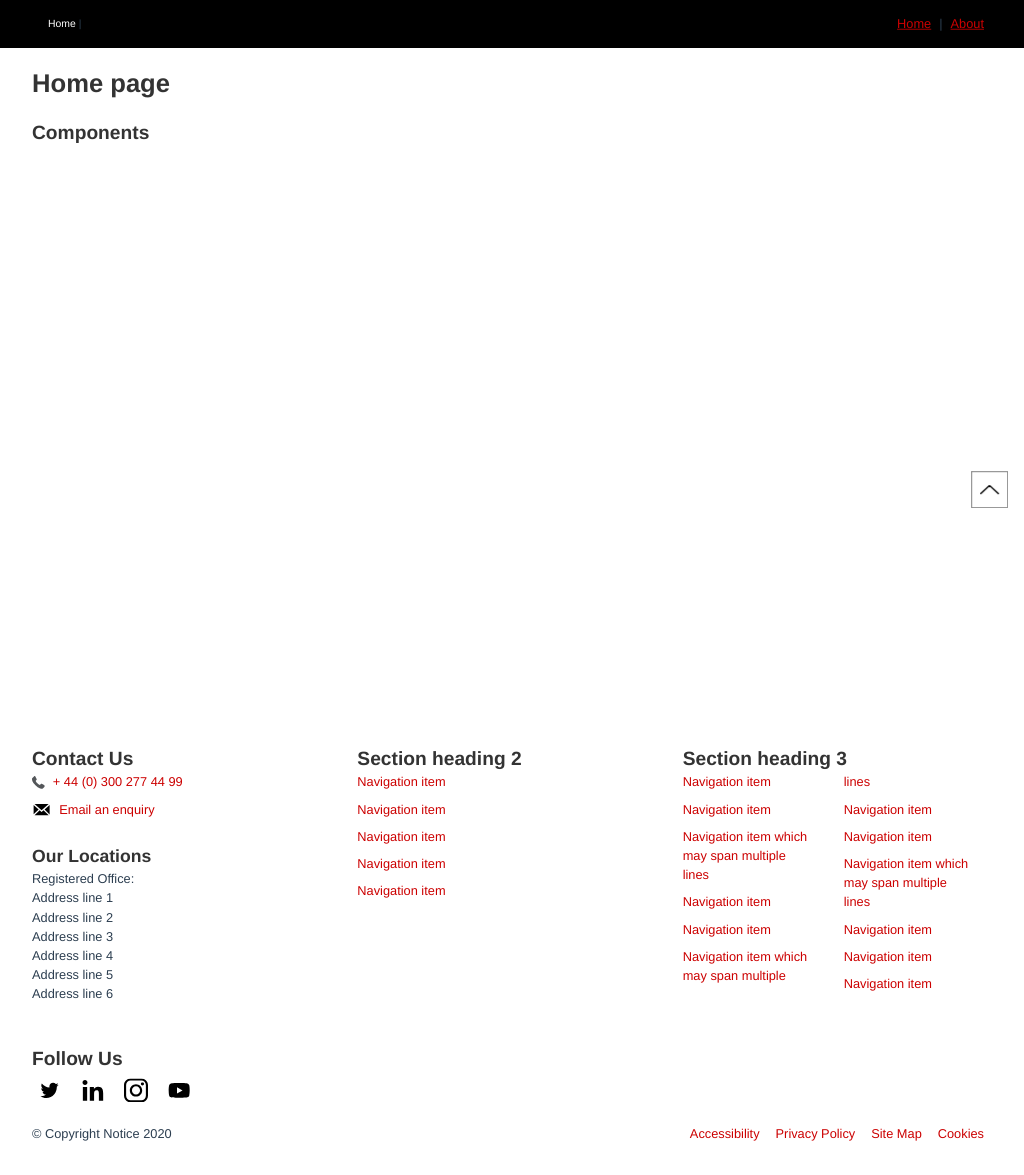
Repository: DaveBaulch/spa
Page: /
The author's editor kept a copy of each file at every save. The page is drawn from the files as they stood at one save, then again after the next save.
The browser window is 1280 px wide. The pictures show the whole page, at 80% of full size.
The project was rebuilt for these pictures with package versions that can differ from the ones it lists, and the page was loaded fresh each time. Also part of the build but not shown: src/assets/styles/main.css.

Above is the page before, as saved 2020-10-13 13:08:01.

### src/App.vue
<template>
  <div id="app">
    <TheSkipLink>
      <p>Skip navigation</p>
    </TheSkipLink>
    <TheHeader @sidenavToggle="displaySidenav = !displaySidenav" />
    <TheSidenav
      :show="displaySidenav"
      @close="displaySidenav = false" />
    <nuxt/>

    <main class="main" id="main">
      <router-view />
    </main>

    <TheFooter />

    <TheScrollTopButton>
      <img src="@/assets/images/svg/chevron-up-white.svg" />
      <span class="sr-only">Back to top</span>
    </TheScrollTopButton>

  </div>
</template>

<script>
import TheHeader from './components/global/TheHeader.vue';
import TheSidenav from '@/components/global/TheSidenav'
import TheFooter from '@/components/global/TheFooter'
import TheSkipLink from '@/components/global/TheSkipLink'
import TheScrollTopButton from '@/components/global/TheScrollTopButton'


export default {
  components: {
    TheHeader,
    TheSidenav,
    TheFooter,
    TheSkipLink,
    TheScrollTopButton
  },
  data() {
    return {
      displaySidenav: false
    }
  }
};
</script>

<style lang="scss">
#app {
  font-family: Avenir, Helvetica, Arial, sans-serif;
  -webkit-font-smoothing: antialiased;
  -moz-osx-font-smoothing: grayscale;
  text-align: left;
  color: #2c3e50;
}

#nav {
  padding: 30px;

  a {
    font-weight: bold;
    color: #2c3e50;

    &.router-link-exact-active {
      color: #42b983;
    }
  }
}
</style>

### src/assets/sass/_base-styles.scss

@import 'utilities/variables';
@import 'utilities/mixins';
@import 'utilities/animations';

@import 'base/fonts';
@import 'base/resets';
@import 'base/elements';
@import 'base/typography';
@import 'base/forms';

@import 'helpers/text';
@import 'helpers/layout';
@import 'helpers/spacing';
@import 'helpers/colors';

### src/components/global/TheHeader.vue
<template>
<div class="header-container">
  <div class="container">
    <header class="header">
      <TheSideNavToggle @toggle="$emit('sidenavToggle')" />
      <div class="logo">
        <router-link to="/">Home</router-link> |
      </div>
      <div class="navigation-items">
        <ul class="nav-list">
          <router-link to="/" class="nav-list__item">Home</router-link> |
          <router-link to="/about" class="nav-list__item">About</router-link>
        </ul>
      </div>
    </header>
  </div>
</div>
</template>

<script>
import TheSideNavToggle from "@/components/global/TheSideNavToggle";

export default {
  name: "TheHeader",
  components: {
    TheSideNavToggle
  }
};
</script>

<style scoped lang="scss">
@import '../../assets/sass/utilities/_variables.scss';
@import '../../assets/sass/utilities/_mixins.scss';


.header-container {
  width: 100%;
  height: 60px;
  background-color: $black;
  position: fixed;
  z-index: 100;

  @include breakpoint(md) {
    position: relative;
  }
}

.header {
  width: 100%;
  height: 60px;
  display: flex;
  justify-content: space-between;
  align-items: center;
  background-color: $black;
  box-sizing: border-box;
  padding: 0;
}

.logo {
  margin: 0 20px;
  font-size: 1.3rem;
}

.logo a {
  text-decoration: none;
  color: $white;
}

.navigation-items {
  display: none;

  @include breakpoint(md) {
    display: block;
  }
}


.nav-list {
  list-style: none;
  padding: 0;
  margin: 0;
  display: flex;
}

.nav-list__item {
  margin: 0 10px;
}

.nav-item a {
  text-decoration: none;
  color: $white;
}

</style>

### src/components/global/TheSidenav.vue
<template>
<div class="sidenav-container">
  <div
    v-if="show"
    class="sidenav-backdrop"
    @click="$emit('close')"></div>
  <transition name="slide-side">
    <div
      v-if="show"
      class="sidenav">
      <ul
        class="nav-list"
        @click="$emit('close')">
        <li class="nav-item"><router-link to="/">Home</router-link></li>
        <li class="nav-item"><router-link to="/about">About</router-link></li>
      </ul>
    </div>
  </transition>
</div>
</template>

<script>
export default {
  name: "TheSidenav",
  props: {
    show: {
      type: Boolean,
      default: false
    }
  }
};
</script>


<style scoped>
.sidenav-container {
  height: 100%;
  width: 100%;
}

.sidenav-backdrop {
  width: 100%;
  height: 100%;
  background-color: rgba(0, 0, 0, 0.7);
  z-index: 1000;
  position: fixed;
  top: 0;
  left: 0;
}

.sidenav {
  height: 100%;
  width: 300px;
  background-color: white;
  z-index: 10000;
  position: fixed;
  top: 0;
  left: 0;
  box-sizing: border-box;
  padding: 30px;
}

.slide-side-enter-active,
.slide-side-leave-active {
  transition: all 0.3s ease-out;
}
.slide-side-enter,
.slide-side-leave-to {
  transform: translateX(-100%);
}

.nav-list {
  list-style: none;
  padding: 0;
  margin: 0;
}

.nav-item {
  margin: 20px 0;
}

.nav-item a {
  text-decoration: none;
  color: black;
  font-size: 1.5rem;
}

.nav-item a:hover,
.nav-item a:active {
  color: red;
}
</style>

### src/components/global/TheSkipLink.vue
<template>
  <a href="#main" id="skip-navigation" class="skip-link" ref="skip-navigation"><slot /></a>
</template>

<style scoped lang="scss">
@import '../../assets/sass/utilities/_variables.scss';

.skip-link {
  padding: 0.5rem 1rem 1rem 1rem;
  background-color: $white;
  display: block;
  position: absolute;
  top: -100%;
  left: 2px;
  z-index: 200;
  text-decoration: none !important;

  &:focus {
    top: 2px;
    transition: $transition-speed-fast ease all;
    color: $black;
  }
}

.skip-link:visited {
  color: $black;
}
</style>

### src/components/global/TheScrollTopButton.vue
<template>
  <a
    class="btn-scroll-top"
    id="scroll-top"
    href="#skip-navigation"
    v-scroll-to="{el: '#skip-navigation', onDone: onDone}"
    >
    <slot />
  </a>
</template>

<script>
export default {
  name: "TheScrollTopButton",
  methods: {
    onDone() {
      document.getElementById('skip-navigation').focus();
    },

  }
};
</script>


<style scoped lang="scss">
@import '../../assets/sass/utilities/_variables.scss';
@import '../../assets/sass/utilities/_mixins.scss';

.btn-scroll-top {
  position: fixed;
  z-index: 100;
  bottom: 20px;
  right: 20px;
  width: 44px;
  height: 44px;
  overflow: hidden;
  text-indent: -1999em;
  color: $white;
  background-color: $white;
  border: 1px solid $grey-dark;;
  // opacity: 0;
  transition: 300ms ease all;
  display: flex;
  align-items: center;
  justify-content: center;

  @include breakpoint(md) {
    bottom: 85px;
  }

  &.is-active {
    opacity: 0.9;
  }

}

</style>

### src/views/Home.vue
<template>
  <div class="container home">
    <h1>Home page</h1>

    <h2>Components</h2>


  </div>
</template>

<script>
// @ is an alias to /src
// import HelloWorld from "@/components/HelloWorld.vue";

export default {
  name: "Home",
  components: {
    // HelloWorld
  }
};
</script>

### src/assets/sass/utilities/_variables.scss
// -------------------------
// 'true' is default
//  setting this creates extra responsive classes targetting defined breakpoints
//  eg the 'visually-hidden' mixin
$responsive: true !default;

// Custom 'brand' fonts
$font: 'Open Sans', sans-serif; //Available weights 400,600,700

$font-weight-light: 400;
$font-weight-normal: 400;
$font-weight-bold: 700;

// Let's set the base font size to 62.5% (10px) for easier calculations
$base-font-size: 62.5%;
$base-line-height: 1.5 !default;

$body-font-desktop: 1.6rem; // = 16px
$body-font-mobile: 1.6rem; // = 16px

// Breakpoints
// -------------------------

// Named breakpoints
$breakpoint-xs: 320px;
$breakpoint-sm: 576px;
$breakpoint-md: 768px;
$breakpoint-lg: 992px;
$breakpoint-xl: 1200px;

$xs-min: 0;
$xs-max: ($breakpoint-sm - 1);

$sm-min: $breakpoint-sm;
$sm-max: ($breakpoint-md - 1);

$md-min: $breakpoint-md;
$md-max: ($breakpoint-lg - 1);

$lg-min: $breakpoint-lg;
$lg-max: ($breakpoint-xl - 1);

$xl-min: $breakpoint-xl;

// Colors
// -------------------------

// Base colors
$white: #fff;
$black: #000;

$grey-dark: #616161;
$grey-light: #ddd;
$grey-lighter: #eee;

$blue: #06c;
$green: #298700;
$red: #db1731;

// Background color
$body-bg-color: #fff !default;

// Brand colors
$brand-color-1: $grey-light;

// Text colors
$color-text: #333;
$color-headings: #333;
$color-error: #eee;

// Link colors
$color-link-active: #c00;
$color-link-visited: #c00;
$color-link-hover: #333;
$color-link-focus: #d4d4d4;
$color-link-disabled: #d4d4d4;

// Form colors
$color-invalid: #f0dddd;

// Borders
// -------------------------

// Border colors
$color-border: $grey-light;
$color-border-dark: $grey-dark;
$color-border-light: $grey-lighter;

// Border styling
$border-radius: 5px;
$border-width: 1px;
$border-style: solid;
$border-color: $color-border;

$border: $border-width $border-style $border-color;

// Focus state styling
$focus-outline-width: 2px;
$focus-outline-style: solid;
$focus-outline-color: $red;
$focus-outline: $focus-outline-width $focus-outline-style $focus-outline-color;
$focus-outline-offset: 0;

// Default projext transitions
$transition-speed: 0.4s;
$transition-easing: ease;

// some different speed variables
$transition-speed-slow: 1.2s;
$transition-speed-medium: 0.8s;
$transition-speed-fast: 0.2s;

// z-index scale (private vars)
// Do not edit the z-index scale!
// --------------------------------------------------
$z-index-1: 100;
$z-index-2: 200;
$z-index-3: 300;
$z-index-4: 400;
$z-index-5: 500;
$z-index-6: 600;
$z-index-7: 700;
$z-index-8: 800;
$z-index-9: 900;
$z-index-10: 1000;

### src/assets/sass/utilities/_mixins.scss
@mixin fill {
  width: 100%;
  height: 100%;
}

@mixin imageCover {
  object-fit: cover;
  @include fill;
}

@mixin absoluteFill {
  display: block;
  position: absolute;
  top: 0;
  left: 0;
  @include fill;
}

@mixin textGradient($top: $brand-primary, $bottom: $brand-light) {
  background: linear-gradient($top, $bottom);
  background-clip: text;
  -webkit-text-fill-color: transparent;
}

// accessible text
@mixin sr-only {
  border: 0 !important;

  height: 1px !important;
  margin: (-1px) !important;
  overflow: hidden !important;
  padding: 0 !important;
  position: absolute !important;
  width: 1px !important;
}

// breakpoints
// uses breakpoints defined in variables.scss
@mixin breakpoint($point, $value: 0) {
  @if $point==xs {
    @media screen and (max-width: $xs-max) {
      @content;
    }
  } @else if $point==sm {
    @media screen and (min-width: $sm-min) {
      @content;
    }
  } @else if $point==md {
    @media screen and (min-width: $md-min) {
      @content;
    }
  } @else if $point==lg {
    @media screen and (min-width: $lg-min) {
      @content;
    }
  } @else if $point==xl {
    @media screen and (min-width: $xl-min) {
      @content;
    }
  } @else {
    @media screen and ($point: $value) {
      @content;
    }
  }
}

@mixin between-breakpoints($min, $max) {
  @media screen and (min-width: $min) and (max-width: $max) {
    @content;
  }
}

@mixin full-width {
  width: 100vw;
  position: relative;
  left: 50%;
  right: 50%;
  margin-left: -50vw;
  margin-right: -50vw;
}

### src/assets/sass/utilities/_animations.scss
@keyframes fadeIn {
    from {
      opacity: 0;
      visibility: hidden;
    }
    to {
      opacity: 1;
      visibility: visible;
    }
  }

@keyframes fadeOut {
    from {
      opacity: 1;
      visibility: visible;
    }
    to {
      opacity: 0;
      visibility: hidden;
    }
  }

@keyframes slideTop {
  0% {
    transform: translateY(100px);
  }
  100% {
    transform: translateY(0);
  }
}

@mixin fadeIn($duration: 0.3s) {
  animation: {
    name: fadeIn;
    fill-mode: forwards;
    duration: #{$duration};
  }
}

@mixin fadeOut($duration: 0.3s) {
  animation: {
    name: fadeOut;
    fill-mode: forwards;
    duration: #{$duration};
  }
}

### src/assets/sass/base/_fonts.scss
// @font-face {
//   font-family: 'hurme';
//   src: url('~assets/fonts/hurme/hurme-light.otf') format('opentype');
//   font-weight: $font-weight-light;
// }

// @font-face {
//   font-family: 'hurme';
//   src: url('~assets/fonts/hurme/hurme-regular.otf') format('opentype');
//   font-weight: $font-weight-normal;
// }

// @font-face {
//   font-family: 'hurme';
//   src: url('~assets/fonts/hurme/hurme-semiBold.otf') format('opentype');
//   font-weight: $font-weight-bold;
// }

### src/assets/sass/base/_resets.scss
html {
  //Prevent iOS input highlighting
  box-sizing: border-box;
  font-size: $base-font-size;
  -webkit-tap-highlight-color: rgba(0, 0, 0, 0);
}

body {
  -moz-osx-font-smoothing: grayscale;
  -webkit-font-smoothing: antialiased;
  background-color: $body-bg-color;
  color: $color-text;
  font-size: $body-font-mobile;
  line-height: $base-line-height;
  text-align: left;
  margin: 0;
  padding: 0;
  font-weight: $font-weight-light;

  @include breakpoint(lg) {
    font-size: $body-font-desktop;
  }
}

html,
body {
  max-width: 100% !important;
  overflow-x: hidden !important;
}

img {
  display: block;
  height: auto;
  -ms-interpolation-mode: bicubic;
  // option to make images responsive by default
  max-width: 100%;
}

.main {
  min-height: 800px;
}

### src/assets/sass/base/_elements.scss
button {
  cursor: pointer;
  margin: 0;
}

img {
  max-width: 100%;
  pointer-events: none;

  &:not([src]) {
    visibility: hidden;
  }
}

a {
  text-decoration: none;
  color: inherit;
}

ul:not([class]) {
  list-style: disc;
}

ol:not([class]) {
  list-style: decimal;
}

### src/assets/sass/base/_typography.scss
body {
  font-family: $font;
  font-weight: $font-weight-normal;
}

// Generic heading styling

h1,
h2,
h3,
h4,
h5 {
  margin: 0;
  padding: 0;
  margin-top: 2rem;
  color: $color-headings;
  font-weight: $font-weight-bold;
}

h1 {
  font-size: 3rem;

  @include breakpoint(lg) {
    font-size: 3.2rem;
  }
}

h2 {
  font-size: 2.2rem;

  @include breakpoint(lg) {
    font-size: 2.4rem;
  }
}

h3 {
  font-size: 2rem;

  @include breakpoint(lg) {
    font-size: 2.2rem;
  }
}

h4 {
  font-size: 1.8rem;

  @include breakpoint(lg) {
    font-size: 2rem;
  }
}

h5 {
  font-size: 1.6rem;

  @include breakpoint(lg) {
    font-size: 1.8rem;
  }
}

// Link styles

a {
  color: $color-link-active;
  text-decoration: underline;
}

a:visited {
  color: $color-link-visited;
}

a:hover {
  color: $color-link-hover;
}

a:focus {
  color: $color-link-hover;
  outline: $focus-outline;
}

// Standard text paragraphs

p {
  margin: 2rem 0 0 0;
  padding: 0;
}

// List styles
ol,
ul {
  margin: 0;
  padding: 0;
  list-style: none;

  &:not([class]) {
    margin: 0 1.22rem 0.8rem 1.5rem;
    list-style-position: inside;
  }
}

ol:not([class]) {
  list-style-type: decimal;
}

ul:not([class]) {
  list-style-type: disc;
}

// Definition list styles

dl {
}

dt {
  font-weight: bold;
}

// Opinionated styling of typographic elements

hr {
  height: 1px;
  margin: 1em 0;
  padding: 0;
  display: block;
  border: 0;
  border-top: 1px solid $grey-light;
}

blockquote {
  margin: 0;
  padding: 0 10px;
}

ins {
  background: $red;
  color: $black;
  text-decoration: none;
}

mark {
  font-style: italic;
  font-weight: bold;
}

pre {
  white-space: pre-wrap;
  word-wrap: break-word;
}

### src/assets/sass/helpers/_text.scss
.uppercase {
  text-transform: uppercase;
}

.font-light {
  font-weight: $font-weight-light;
}

.font-normal {
  font-weight: $font-weight-normal;
}

.font-bold {
  font-weight: $font-weight-bold;
}

.sr-only {
  @include sr-only;
}

### src/assets/sass/helpers/_layout.scss
.container {
  width: 100%;
  max-width: 1200px;
  margin: 0 auto;
  padding: 0;
  position: relative;
  // border: 1px solid #f0f;
  padding: 0 15px;
}

.row {
  display: grid;
  grid-template-columns: repeat(12, 1fr);
  grid-gap: 20px;
  // border: 1px solid lime;
}

### src/assets/sass/helpers/_spacing.scss
.no-padding {
  padding: 0;
}

.no-margin {
  margin: 0;
}

### src/assets/sass/helpers/_colors.scss
// .bg-white {
//   background-color: $brand-white;
// }
// .bg-white-alt {
//   background-color: $brand-white-alt;
// }
// .bg-black {
//   background-color: $brand-black;
// }
// .bg-primary {
//   background-color: $brand-primary;
// }
// .bg-primary-alt {
//   background-color: $brand-primary-alt;
// }
// .bg-dark {
//   background-color: $brand-dark;
// }
// .bg-dark-alt {
//   background-color: $brand-dark-alt;
// }
// .bg-light {
//   background-color: $brand-lightest;
// }
// .bg-light-alt {
//   background-color: $brand-light-alt;
// }

### src/components/global/TheSocialSharing.vue
<template>
  <div class="social-links-wrapper">
    <h2 class="social-links-title">Follow Us</h2>
    <ul class="social-links">
      <li class="social-links__item">
        <TheSocialSharingItem>
          <img src="@/assets/images/svg/icon-twitter.svg" width="30" height="30" />
          <span class="sr-only">Twitter</span>
        </TheSocialSharingItem>
      </li>
      <li class="social-links__item">
        <TheSocialSharingItem>
          <img src="@/assets/images/svg/icon-linkedin.svg" width="30" height="30" />
          <span class="sr-only">LinkedIn</span>
        </TheSocialSharingItem>
      </li>
      <li class="social-links__item">
        <TheSocialSharingItem>
          <img src="@/assets/images/svg/icon-instagram.svg" width="30" height="30" />
          <span class="sr-only">Instagram</span>
        </TheSocialSharingItem>
      </li>
      <li class="social-links__item">
        <TheSocialSharingItem href="https://www.youtube.com/">
          <img src="@/assets/images/svg/icon-youtube.svg" width="30" height="30" />
          <span class="sr-only">You Tube</span>
        </TheSocialSharingItem>
      </li>
    </ul>
  </div>
</template>

<script>
import TheSocialSharingItem from "@/components/global/TheSocialSharingItem";

export default {
  name: "TheSocialSharing",
  components: {
    TheSocialSharingItem,
  },
  data() {
  },
};
</script>

<style scoped lang="scss">
@import '../../assets/sass/utilities/_variables.scss';

.social-links {
  margin: 0 auto;
  list-style: none;
  display: flex;
}

.social-links__item {
  margin: 0 1rem 0 0;
}

</style>

### src/components/global/TheSocialSharingItem.vue
<template>
  <a :href="href"
    class="social-sharing-item"
    ><slot /></a>
</template>

<script>
export default {
  name: 'TheSocialSharingItem',
  props: {
    href: {
      type: String,
      default: ''
    }
  }
}
</script>


<style scoped lang="scss">
@import '../../assets/sass/utilities/_variables.scss';

.social-sharing-item {
  display: flex;
  align-items: center;
  justify-content: center;
  width: 44px;
  height: 44px;

  &:hover,
  &:focus {
    color: $color-link-hover;
    text-decoration: underline;
  }
}
</style>

Loaded but not shown: public/index.html (common file); src/registerServiceWorker.js (common file); src/router/index.js (common file); src/store/index.js (common file); src/components/global/TheSideNavToggle.vue (common file); src/main.js (19 lines, source omitted); src/assets/sass/base/_forms.scss (498 lines, source omitted); src/components/global/TheFooter.vue (313 lines, source omitted)

After the next save:
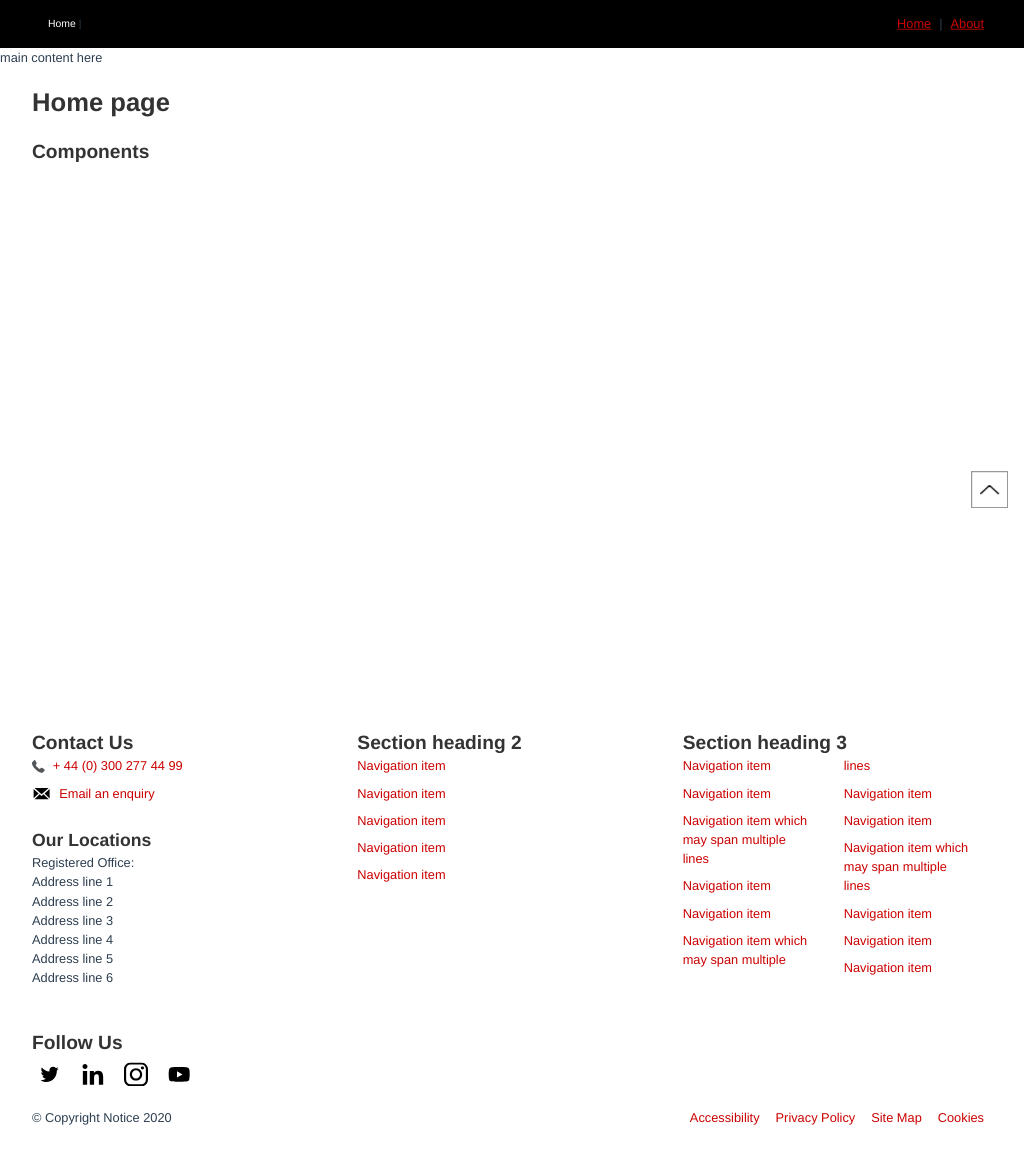
Saved 36 s later.
--- a/src/App.vue
+++ b/src/App.vue
@@ -10,6 +10,7 @@
     <nuxt/>
 
     <main class="main" id="main">
+      main content here
       <router-view />
     </main>
 

After the save that followed:
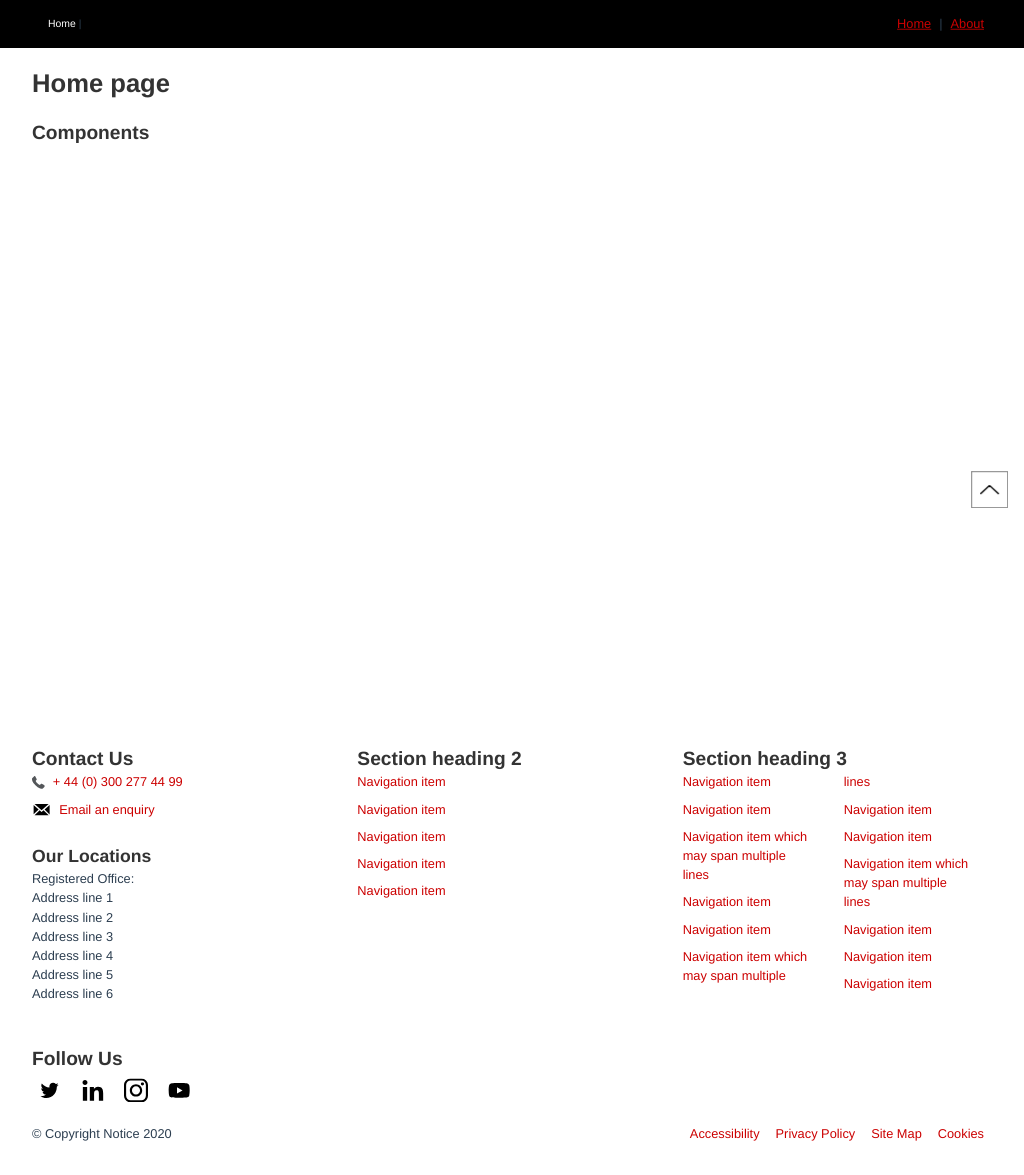
Saved 9 s later.
--- a/src/App.vue
+++ b/src/App.vue
@@ -10,7 +10,6 @@
     <nuxt/>
 
     <main class="main" id="main">
-      main content here
       <router-view />
     </main>
 
